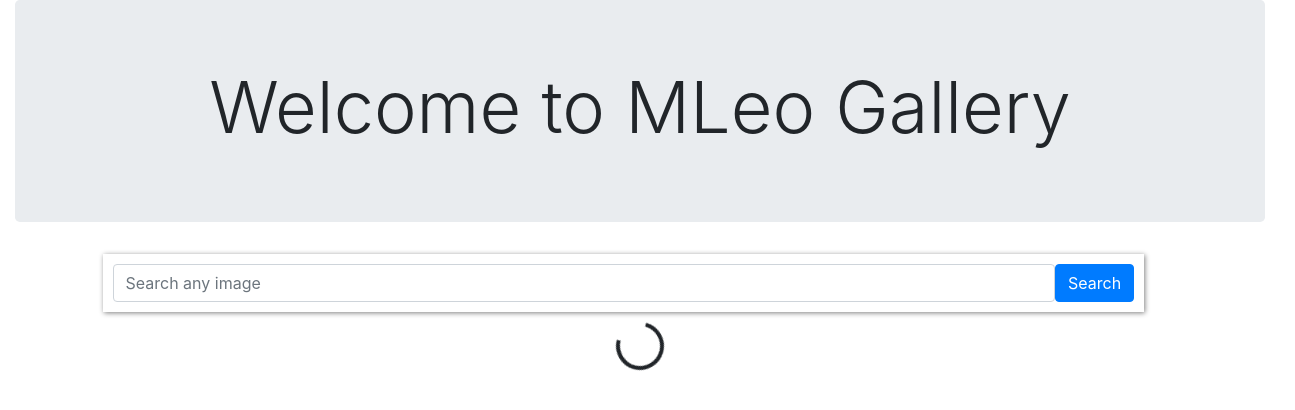
Repository: the-manohar/gallery
Page: /
An editor plug-in stored every save of this project. The page is shown before and after the next save, followed by the edit.
The browser window is 1280 px wide. The page is 1280 px wide, then 1295 px, so the pictures cover 1295 px, including what lies to the right of the window. The pictures show the whole page.
The project was rebuilt for these pictures with package versions that can differ from the ones it lists, and the page was loaded fresh each time.

Above is the page before, as saved 2020-06-18 23:32:14.

### src/index.js
import React from "react";
import ReactDOM from "react-dom";
import "./index.css";
import "bootstrap/dist/css/bootstrap.css";
import App from "./App";
import * as serviceWorker from "./serviceWorker";

ReactDOM.render(
  <React.StrictMode>
    <App />
  </React.StrictMode>,
  document.getElementById("root")
);

// If you want your app to work offline and load faster, you can change
// unregister() to register() below. Note this comes with some pitfalls.
// Learn more about service workers: https://bit.ly/CRA-PWA
serviceWorker.unregister();

### src/App.js
import React, { useState } from "react";
import { Button, InputGroup, Input, Jumbotron, Spinner } from "reactstrap";

import "./App.css";

function App() {
  const [value, setValue] = useState("");
  const [result, setResult] = useState([]);
  const fetchImages = () => {
    fetch(
      `https://api.unsplash.com/search/photos/?client_id=V38aA4zOjg1Xb1lBpNRUAK8duXvqwhDHHJbssXB_Pps&query=${value}&orientation=squarish&per_page=18`
    )
      .then((res) => res.json())
      .then((data) => {
        setResult(data.results);
      });
  };
  return (
    <div className="App col-sm-5 col-md-12 col-xs-8">
      <Jumbotron>
        <h1 className="display-3">Welcome to MLeo Gallery</h1>
      </Jumbotron>
      <div className="mydiv col-sm-12 col-md-10">
        <InputGroup>
          <Input
            placeholder="Search any image"
            value={value}
            onChange={(event) => setValue(event.target.value)}
          />
        </InputGroup>
        <Button color="primary" onClick={() => fetchImages()}>
          Search
        </Button>
      </div>

      {result.length > 0 ? (
        <div className="col-sm-12">
          {result.map((item) => {
            return (
              <img
                className=" img-thumbnail"
                key={item.id}
                src={item.urls.small}
                alt={item.urls.small}
              />
            );
          })}
        </div>
      ) : (
        <Spinner style={{ width: "3rem", height: "3rem" }} />
      )}
    </div>
  );
}

export default App;

//

### src/App.css
.App {
  text-align: center;
}
.mydiv {
  display: flex;
  justify-content: space-around;
  margin: 10px 7%;
  box-shadow: 1px 1px 5px grey;
  padding: 10px;
}

.gallery {
  display: flex;
  flex-wrap: wrap;
  justify-content: space-around;
}
.item {
  width: 30%;
  margin: 5px;
}

Loaded but not shown: public/index.html (common file); src/index.css (common file); src/serviceWorker.js (common file)

After the next save:
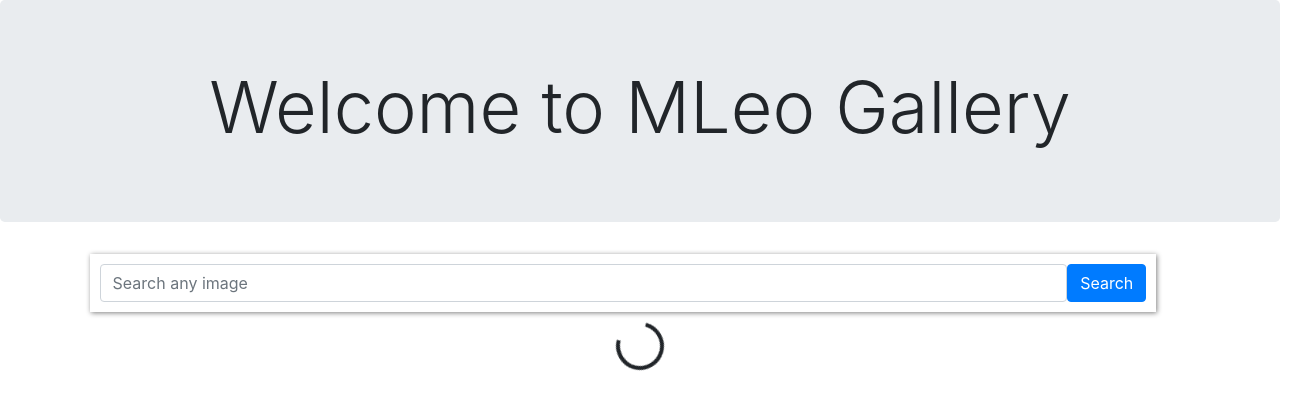
Saved 74 s later.
--- a/src/App.js
+++ b/src/App.js
@@ -16,39 +16,41 @@ function App() {
       });
   };
   return (
-    <div className="App col-sm-5 col-md-12 col-xs-8">
-      <Jumbotron>
-        <h1 className="display-3">Welcome to MLeo Gallery</h1>
-      </Jumbotron>
-      <div className="mydiv col-sm-12 col-md-10">
-        <InputGroup>
-          <Input
-            placeholder="Search any image"
-            value={value}
-            onChange={(event) => setValue(event.target.value)}
-          />
-        </InputGroup>
-        <Button color="primary" onClick={() => fetchImages()}>
-          Search
-        </Button>
+    <div className="row">
+      <div className="App col-sm-5 col-md-12 col-xs-8">
+        <Jumbotron>
+          <h1 className="display-3">Welcome to MLeo Gallery</h1>
+        </Jumbotron>
+        <div className="mydiv col-sm-12 col-md-10">
+          <InputGroup>
+            <Input
+              placeholder="Search any image"
+              value={value}
+              onChange={(event) => setValue(event.target.value)}
+            />
+          </InputGroup>
+          <Button color="primary" onClick={() => fetchImages()}>
+            Search
+          </Button>
+        </div>
+
+        {result.length > 0 ? (
+          <div className="col-sm-12">
+            {result.map((item) => {
+              return (
+                <img
+                  className=" img-thumbnail"
+                  key={item.id}
+                  src={item.urls.small}
+                  alt={item.urls.small}
+                />
+              );
+            })}
+          </div>
+        ) : (
+          <Spinner style={{ width: "3rem", height: "3rem" }} />
+        )}
       </div>
-
-      {result.length > 0 ? (
-        <div className="col-sm-12">
-          {result.map((item) => {
-            return (
-              <img
-                className=" img-thumbnail"
-                key={item.id}
-                src={item.urls.small}
-                alt={item.urls.small}
-              />
-            );
-          })}
-        </div>
-      ) : (
-        <Spinner style={{ width: "3rem", height: "3rem" }} />
-      )}
     </div>
   );
 }
